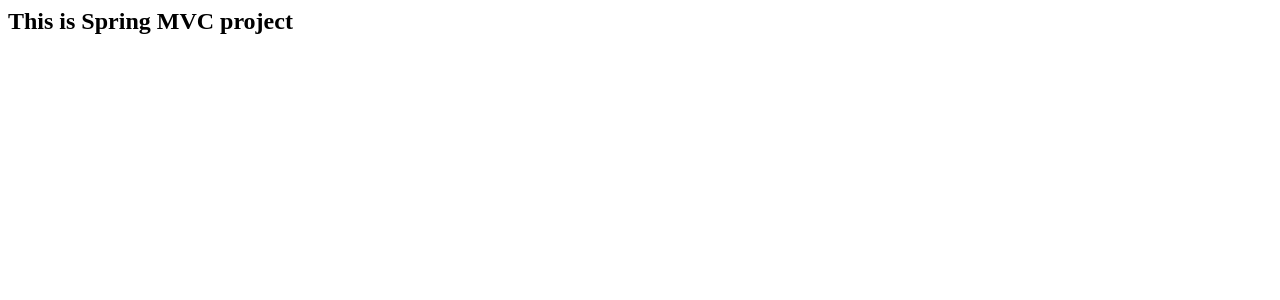
Repository: Yogesh-Surya/j2ee_wejm5
Page: http://localhost/springMVC/
An editor plug-in stored every save of this project. The page is shown before and after a run of saves, followed by the edit.
The browser window is 1280 px wide. The pictures show the whole page.
The page is served by Tomcat 9. Other server files are loaded and not shown.

Above is the page before, as saved 2023-06-15 12:13:47.

### springMVC/src/main/webapp/index.jsp
<html>
<body>
<h2>This is Spring MVC project</h2>
</body>
</html>

After the next 2 saves:
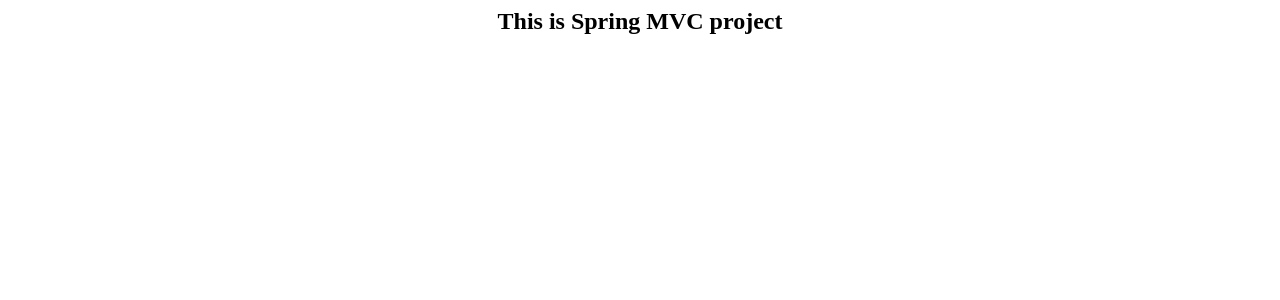
The 2 saves are shown as one change because they came seconds apart.
The last was saved 6 min 47 s later.
--- a/springMVC/src/main/webapp/index.jsp
+++ b/springMVC/src/main/webapp/index.jsp
@@ -1,5 +1,8 @@
 <html>
 <body>
-<h2>This is Spring MVC project</h2>
+	<div align="center">
+		<h2>This is Spring MVC project</h2>
+	</div>
+
 </body>
 </html>
